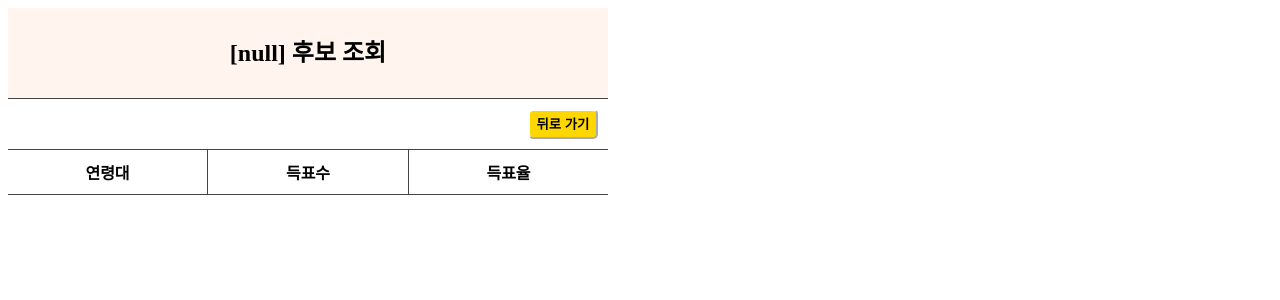
Repository: noheul1030/KOPO-HTML
Page: http://localhost/Tupyo/Tupyo/oneviewDB.jsp
These files come from the project's save history. The page is drawn as it stood at one moment and after the next save; the edit follows.
The browser window is 1280 px wide. The pictures show the whole page.
The page is served by Tomcat 9. Queries for data that is not in the repository find no rows.

Above is the page before, as saved 2023-06-04 09:24:17.

After the next save:
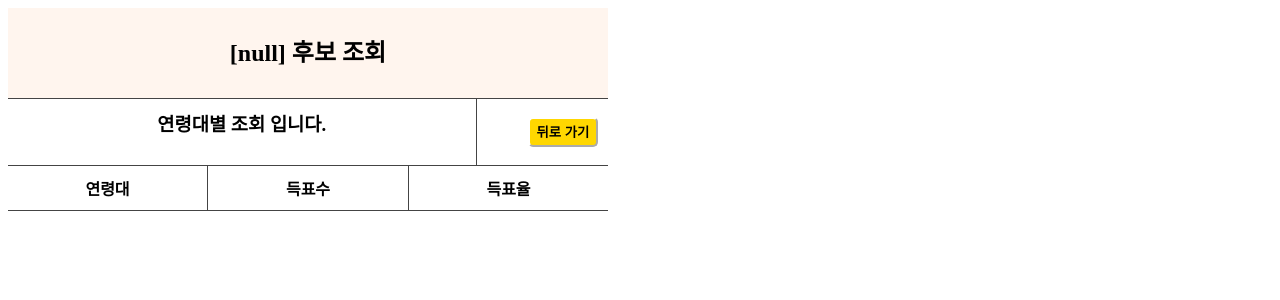
Saved 54 s later.
--- a/Tupyo/src/main/webapp/Tupyo/oneviewDB.jsp
+++ b/Tupyo/src/main/webapp/Tupyo/oneviewDB.jsp
@@ -71,7 +71,9 @@
 			<tr>
 				<td bgcolor = #fff5ee colspan = "3"><h2 align = center>[<%=key%>] 후보 조회</h2></td><!--해당 key값 head text 크기 1-->
 			</tr>
-			<tr><td align = right width = 22%>
+			<tr>
+				<td><h3>연령대별 조회 입니다.</h3></td>
+				<td align = right width = 22%>
 				<input class="fourth" type="submit" value="뒤로 가기" style="width: 70px; height: 30px; padding: 0px;font-weight: bold;" formaction = 'B_01_H.jsp'></td>
 			</tr>
 		</table>

After the save that followed:
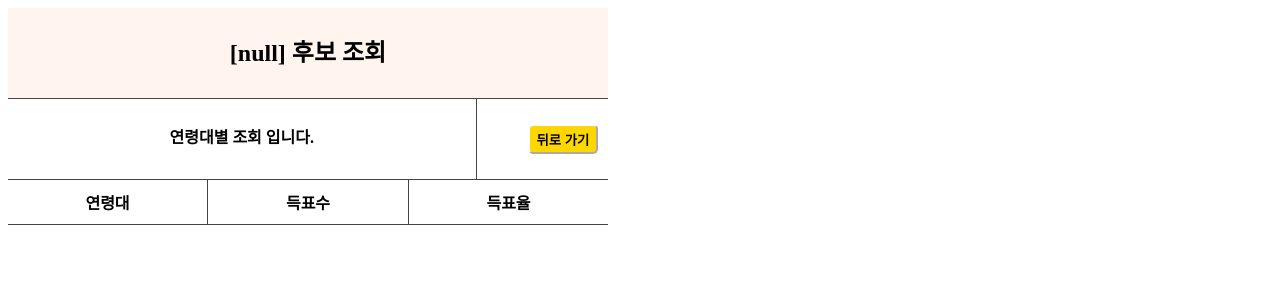
Saved 11 s later.
--- a/Tupyo/src/main/webapp/Tupyo/oneviewDB.jsp
+++ b/Tupyo/src/main/webapp/Tupyo/oneviewDB.jsp
@@ -72,7 +72,7 @@
 				<td bgcolor = #fff5ee colspan = "3"><h2 align = center>[<%=key%>] 후보 조회</h2></td><!--해당 key값 head text 크기 1-->
 			</tr>
 			<tr>
-				<td><h3>연령대별 조회 입니다.</h3></td>
+				<td><h4>연령대별 조회 입니다.</h3></td>
 				<td align = right width = 22%>
 				<input class="fourth" type="submit" value="뒤로 가기" style="width: 70px; height: 30px; padding: 0px;font-weight: bold;" formaction = 'B_01_H.jsp'></td>
 			</tr>
